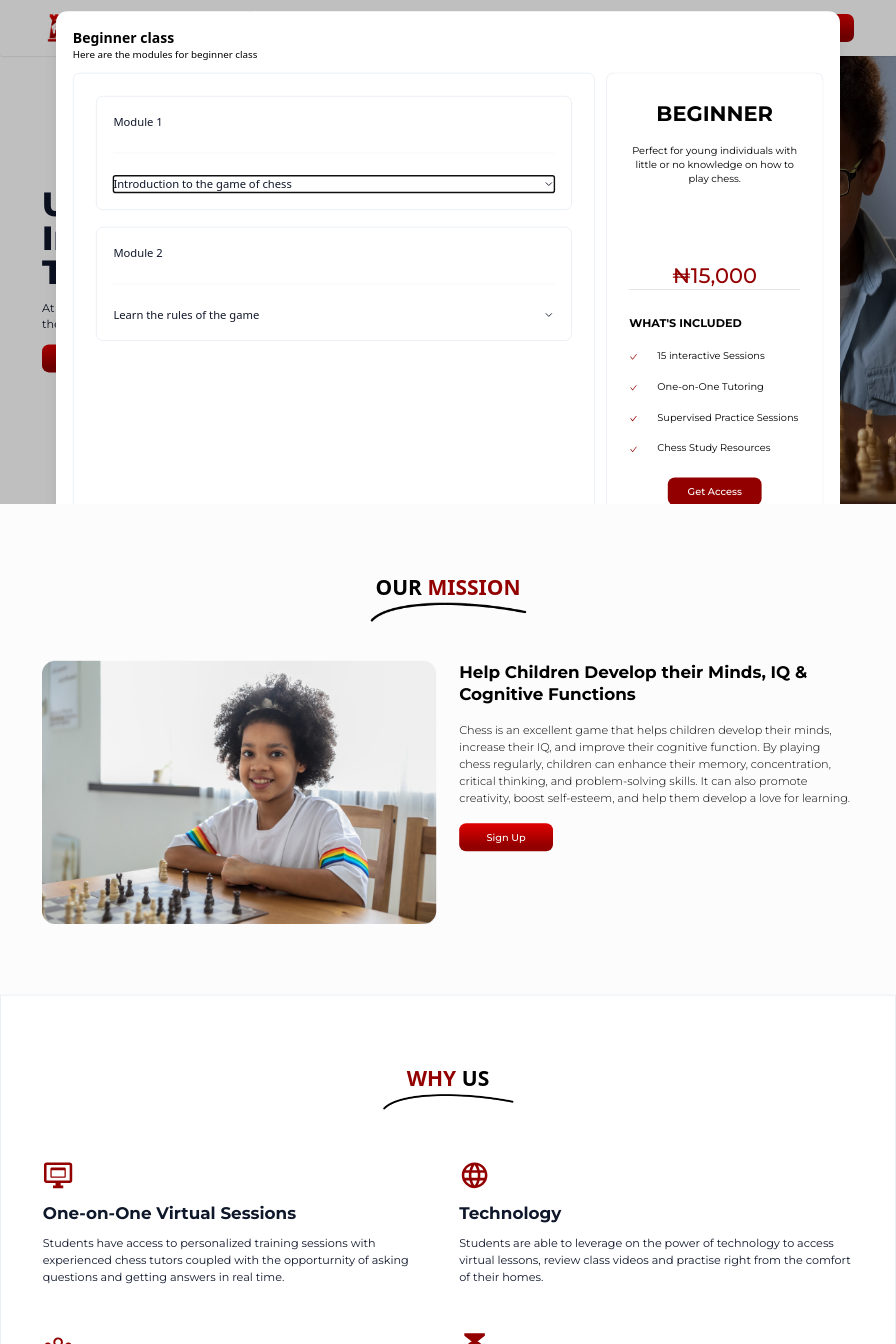
Repository: CelestinaUwajeh/chess-champ-fe
Page: /, after clicking the first element matching `button.w-\[134px\]`
An editor plug-in stored every save of this project. The page is shown before and after the next save, followed by the edit.
The browser window is 1280 px wide. The pictures show the part of the page from y = 0 to 1920 px (the page is 4303 px tall), at 70% of full size.
An inner scrolling area shows only its first screen. The project was rebuilt for these pictures with package versions that can differ from the ones it lists, and the page was loaded fresh each time. The framework's server and built-in components were replaced by stand-ins that run in the browser. Also part of the build but not shown: next.config.js, app/(dashboard)/parent/child/[id]/progress/highlight.tsx, app/(dashboard)/parent/child/[id]/progress/attendance.tsx, components/ui/progress.tsx, app/(dashboard)/parent/child/[id]/progress/percentage.tsx, app/(dashboard)/parent/child/[id]/progress/points.tsx, app/(dashboard)/parent/child/[id]/progress/page.tsx.

Above is the page before, as saved 2023-08-09 22:44:02.

### app/layout.tsx
import "./globals.css";
import "slick-carousel/slick/slick.css";
import "slick-carousel/slick/slick-theme.css";

export const metadata = {
  title: "Chess Champs",
  description: "Learn to play chess",
};

export default function RootLayout({
  children,
}: {
  children: React.ReactNode;
}) {
  return (
    <html lang="en">
      <body>{children}</body>
    </html>
  );
}

### app/(public)/layout.tsx
import Navigator from "./navigator";
import Footer from "./footer";

export const metadata = {
  title: "Chess Champs",
  description: "Learn to play chess",
};

export default function PublicLayout({
  children,
}: {
  children: React.ReactNode;
}) {
  return (
    <main>
      <Navigator />
      {children}
      <Footer />
    </main>
  );
}

### app/(public)/navigator/index.tsx
"use client";

import Image from "next/image";
import Link from "next/link";
import { AiOutlineClose, AiOutlineMenu } from "react-icons/ai";
import { useState } from "react";

import { usePageOnScroll } from "@/hooks/usePageOnScroll";
import logo from "/public/logo.png";
import NavLinks from "./links";
import AppButton from "@/components/button";
import MobileNav from "./mobile-nav";

const Navigator = () => {
  const scrolling = usePageOnScroll();
  const [showMenu, setShowMenu] = useState(false);

  return (
    <nav
      className={`flex justify-between items-center px-3 lg:px-[60px] h-14 rounded bg-white lg:h-20 sticky right-0 left-0 top-0 z-30 ${
        scrolling ? "shadow-lg" : "shadow"
      }`}
    >
      <Link href={"/"}>
        <Image src={logo} alt="AjoCard Logo" className="h-7 w-auto lg:h-auto" />
      </Link>
      <MobileNav showMenu={showMenu} setShowMenu={setShowMenu} />

      <NavLinks />

      <div
        onClick={() => setShowMenu(!showMenu)}
        className="lg:hidden cursor-pointer"
      >
        {!showMenu ? (
          <AiOutlineMenu size="1.5em" />
        ) : (
          <AiOutlineClose size="1.5em" />
        )}
      </div>

      <div className="hidden lg:flex items-center gap-5">
        <Link href={"/signin"} className="text-main no-underline font-medium">
          Login
        </Link>
        <AppButton
          isLink
          to={`/signup`}
          size="medium"
          variant="primary"
          width="w-[97px]"
        >
          Sign Up
        </AppButton>
      </div>
    </nav>
  );
};

export default Navigator;

### app/(public)/footer/index.tsx
"use client";

import React from "react";
import Link from "next/link";

import { navLinks } from "../navigator/links";
import { socials } from "./socials";

const Footer = () => {
  return (
    <footer className=" bg-footerGrey pt-20 pb-9 px-3 lg:px-[60px] font-mont">
      <div className="flex flex-col lg:flex-row lg:items-center justify-between gap-6 lg:gap-0 mb-3">
        <div className="flex-1 grid grid-cols-2 lg:flex items-center gap-6 lg:gap-12">
          {navLinks.map((link) => (
            <Link
              key={link.name}
              href={link.link}
              className="capitalize font-medium hover:text-main transition-all"
            >
              {link.name}
            </Link>
          ))}
        </div>
        <div className="flex items-center gap-12">
          {socials.map((social) => (
            <a key={social.link} href={social.link}>
              {social.icon}
            </a>
          ))}
        </div>
      </div>
      <div className="h-[1px] w-full bg-[#CAC3B3]"></div>
      <div className="flex flex-col 2xl:flex-row mt-20">
        <div className="flex-1 flex justify-center 2xl:justify-start items-center gap-12 text-main">
          <Link href="/terms">Terms of Service</Link>
          <Link href="/terms">Privacy Policy</Link>
        </div>
        <small className="text-sm text-center 2xl:text-start mt-4">
          &copy; {new Date().getFullYear()} Chess Champs. All rights reserved.
        </small>
      </div>
    </footer>
  );
};

export default Footer;

### components/hero/index.tsx
import Image, { StaticImageData } from "next/image";
import AppButton from "../button";

interface PropType {
  data: {
    image: string;
    smImageSrc: StaticImageData;
    header: string;
    description: string;
    link?: {
      href: string;
      text: string;
    };
  };
}

const Hero = ({ data }: PropType) => {
  const {
    image,
    header,
    description,
    smImageSrc,
    link: { href, text } = { href: "", text: "" },
  } = data || {};

  return (
    <section className="">
      <div
        className={`bg-white ${image} hero lg:bg-[length:auto_100%] xl:bg-[length:55%_100%] bg-no-repeat bg-right pt-11 lg:pt-0 lg:h-[calc(100vh-80px)] overflow-hidden`}
      >
        <div className="h-full flex flex-col justify-center lg:max-w-xl xl:max-w-2xl px-3 xl:pr-0 xl:pl-[60px] gap-4 z-20 relative">
          <h1 className="font-mont font-extrabold  text-4xl lg:text-5xl">
            {header}
          </h1>
          <p className="font-mont text-sm lg:text-base">{description}</p>
          {href ? (
            <AppButton
              isLink
              to={href}
              size="medium"
              width="w-[134px]"
              variant="primary"
            >
              {text}
            </AppButton>
          ) : null}
        </div>
      </div>
      <Image
        src={smImageSrc}
        alt="image"
        className=" w-full h-auto lg:hidden"
      />
    </section>
  );
};

export default Hero;

### components/mission-section/index.tsx
import Image, { StaticImageData } from "next/image";
import AppButton from "../button";

interface PropType {
  data: {
    image: StaticImageData;
    header: string;
    text: string[];
    founder?: {
      name: string;
      title: string;
    };
    hasButton?: {
      text: string;
      url: string;
    };
  };
}

const MissionSection = ({
  data: { image, header, text, founder, hasButton },
}: PropType) => {
  return (
    <div className="flex flex-col lg:flex-row gap-8 justify-center">
      <Image src={image} alt="image" className="flex-1" />
      <div className="flex-1">
        <h3 className="font-mont font-semibold text-lg lg:text-2xl mb-6 text-black">
          {header}
        </h3>
        <div className="flex flex-col gap-4 font-mont text-sm lg:text-base">
          {text.map((item, index) => {
            return (
              <p className="font-light text-black" key={index}>
                {item}
              </p>
            );
          })}
        </div>
        <>
          {founder && (
            <p className="mt-6">
              <span className="font-bold font-mont">{founder.name}</span>{" "}
              <span className="font-light">{founder.title}</span>
            </p>
          )}
        </>
        {hasButton && (
          <div className="mt-6">
            <AppButton
              isLink
              size="medium"
              variant="primary"
              width="w-[134px]"
              to={hasButton.url}
            >
              {hasButton.text}
            </AppButton>
          </div>
        )}
      </div>
    </div>
  );
};

export default MissionSection;

### components/page-section_header/index.tsx
import Image, { StaticImageData } from "next/image";
import stroke from "/public/stroke.png";

interface PropType {
  data: {
    leftText: string;
    rightText?: string;
    sideToColor?: "left" | "right";
    strokeWidth?: string;
    extraStyles?: string;
    icon?: StaticImageData;
  };
}

const PageSectionHeader = ({
  data: {
    leftText,
    rightText = "",
    sideToColor = "left",
    strokeWidth = "w-auto",
    extraStyles = "",
    icon,
  },
}: PropType) => {
  return (
    <div
      className={`${extraStyles} flex items-center justify-center flex-col gap-1`}
    >
      <span className="flex items-center text-3xl text-black gap-2 uppercase font-bold">
        {icon ? <Image src={icon} alt={leftText} /> : null}
        <h3 className={`${sideToColor === "left" ? "text-main" : ""}`}>
          {leftText}
        </h3>
        <h3 className={`${sideToColor === "right" ? "text-main" : ""}`}>
          {rightText}
        </h3>
      </span>
      <Image src={stroke} alt="stroke" className={`${strokeWidth}`} />
    </div>
  );
};

export default PageSectionHeader;

### app/(public)/why-it-works.ts
import comp from "/public/comp.svg";
import medal from "/public/medal.svg";
import tech from "/public/tech.svg";
import comm from "/public/comm.svg";
import { ListCarPropType } from "@/components/list-card";

export const whyItWorks: ListCarPropType["data"]["items"] = [
  {
    listType: comp,
    header: "One-on-One Virtual Sessions",
    text: "Students have access to personalized training sessions with experienced chess tutors coupled with the opporturnity of asking questions and getting answers in real time.",
  },
  {
    listType: tech,
    header: "Technology",
    text: "Students are able to leverage on the power of technology to access virtual lessons, review class videos and practise right from the comfort of their homes.",
  },
  {
    listType: comm,
    header: "Community",
    text: "We are building a community where students can interact with one another over agame of chess from the comfort of their homes.",
  },
  {
    listType: medal,
    header: "Tournament",
    text: "Students have the opportunity to showcase their knowledge at the Chess Champs tournament.",
  },
];

### components/testimonial/demo-test.ts
import ngozi from "/public/ngozi.png";
import amaka from "/public/amaka.png";
import { StaticImageData } from "next/image";

export interface TestimonyTypes {
  name: string;
  testimony: string;
  image: StaticImageData;
}

export const testimonies: TestimonyTypes[] = [
  {
    name: "Tobi Oluwaseun",
    testimony:
      "Since i have started my child on chess lessons with Chess Champs, I have noticed a remarkable improvement in my child's level of reasoning. I see the delibrate act of thinking before speaking",
    image: ngozi,
  },
  {
    name: "Thelma Brown",
    testimony:
      "My daughter's level of concentration has greatly improved since enrolling her into the Chess Champs programme",
    image: amaka,
  },
];

### app/(public)/pricing-section.tsx
import PricingCard from "@/components/pricing-card";
import { PricingDto } from "./pricing";

interface PropType {
  data: PricingDto[];
}

const Pricing = ({ data }: PropType) => {
  return (
    <div className="inline-grid grid-cols-3 gap-10 lg:gap-[71px] auto-rows-[1fr]">
      {data.map((pricing) => (
        <div
          className="col-span-3 md:col-span-2 xl:col-span-1"
          key={pricing.name}
        >
          <PricingCard isModal={false} data={pricing} />
        </div>
      ))}
    </div>
  );
};

export default Pricing;

### app/(public)/pricing.ts
export interface PricingDto {
  name: string;
  description: string;
  price: string;
  perks: string[];
  link: string;
}

export const pricing: PricingDto[] = [
  {
    name: "Beginner",
    description:
      "Perfect for young individuals with little or no knowledge on how to play chess.",
    price: "15000",
    perks: [
      "15 interactive Sessions",
      "One-on-One Tutoring",
      "Supervised Practice Sessions",
      "Chess Study Resources",
    ],
    link: "/beginner",
  },
  {
    name: "Intermediate",
    description:
      "Students would be taught key concepts, tactics and forcing moves.",
    price: "25000",
    perks: [
      "20 interactive Sessions",
      "One-on-One Tutoring",
      "Supervised Practice Sessions",
      "Chess Study Resources",
      "Automatic Entry to Annual Tournament",
    ],
    link: "/intermediate",
  },
  {
    name: "Advanced",
    description:
      "Students would be taught how take complete control while playing chess with strategies like key openings, advanced tactics and endgame patterns.",
    price: "30000",
    perks: [
      "20 interactive Sessions",
      "One-on-One Tutoring",
      "Supervised Practice Sessions",
      "Chess Study Resources",
      "Automatic Entry to Annual Tournament",
      "10% discount on purchased chess items",
    ],
    link: "/advanced",
  },
];

### components/testimonial/index.tsx
"use client";

import Slider from "react-slick";
import { useMediaQuery } from "usehooks-ts";

import { TestimonyTypes } from "./demo-test";
import TestimonialCard from "./testimonial-card";

interface PropType {
  data: TestimonyTypes[];
}
const Testimonials = ({ data }: PropType) => {
  const matches = useMediaQuery("(min-width: 768px)");
  const settings = {
    customPaging: function (i: number) {
      return (
        <span>
          <div className="w-5 h-5 bg-lightGrey rounded-full"></div>
        </span>
      );
    },
    dots: true,
    infinite: true,
    speed: 500,
    slidesToShow: matches ? 2 : 1,
    slidesToScroll: 1,
    autoplay: true,
    autoplaySpeed: 2000,
    swipeToSlide: true,
    dotsClass: "slick-dots slick-thumb",
    className: "slick-div",
  };

  return (
    <div className="mt-12 mb-12">
      <Slider {...settings} className="">
        {data.map((testimony) => (
          <TestimonialCard key={testimony.name} data={testimony} />
        ))}
        {data.map((testimony) => (
          <TestimonialCard key={testimony.name} data={testimony} />
        ))}
      </Slider>
    </div>
  );
};

export default Testimonials;

### hooks/usePageOnScroll.ts
import { useScroll, useMotionValueEvent } from "framer-motion";
import { useState } from "react";

export const usePageOnScroll = () => {
  const [onScroll, setOnScroll] = useState(false);

  const { scrollY } = useScroll();

  useMotionValueEvent(scrollY, "change", (latest) => {
    if (onScroll) {
      if (latest > 0) return;
      return setOnScroll(latest > 0);
    }
    setOnScroll(latest > 0);
  });

  return onScroll;
};

### app/(public)/navigator/links.tsx
"use client";

import Link from "next/link";
import { usePathname } from "next/navigation";

export const navLinks = [
  {
    name: "About Us",
    link: "about",
  },
  {
    name: "Services",
    link: "services",
  },
  {
    name: "How it works",
    link: "how-it-works",
  },
  {
    name: "Tutors",
    link: "tutors",
  },
  {
    name: "Call For Sponsors",
    link: "sponsor",
  },
  {
    name: "Chess Items",
    link: "chess-items",
  },
  {
    name: "Contact Us",
    link: "contact-us",
  },
];
const NavLinks = () => {
  const pathname = usePathname();

  return (
    <div className="hidden lg:flex flex-col lg:flex-row items-start lg:items-center justify-center gap-4 lg:gap-8 font-mont">
      {navLinks.map((link) => {
        const isActive = pathname.endsWith(link.link);

        return (
          <Link
            href={link.link}
            key={link.name}
            className={`${
              isActive ? "text-main" : "text-black"
            } no-underline font-medium text-[15px] hover:text-main transition-all`}
          >
            {link.name}
          </Link>
        );
      })}
    </div>
  );
};

export default NavLinks;

### app/(public)/footer/socials.tsx
import { FiFacebook, FiTwitter, FiInstagram } from "react-icons/fi";

export const socials = [
  {
    link: "https://facebook.com",
    icon: <FiFacebook className="text-main w-6 h-auto" />,
  },
  {
    link: "https://instagram.com",
    icon: <FiInstagram className="text-main w-6 h-auto" />,
  },
  {
    link: "https://twitter.com",
    icon: <FiTwitter className="text-main w-6 h-auto" />,
  },
];

### components/testimonial/testimonial-card.tsx
import Image from "next/image";
import { TestimonyTypes } from "./demo-test";
import { Avatar, AvatarFallback } from "@/components/ui/avatar";

interface PropTypes {
  data: TestimonyTypes;
}

const TestimonialCard = ({ data }: PropTypes) => {
  const { image, name, testimony } = data || {};
  return (
    <div className="rounded-[20px] p-7 bg-lightGrey mx-3 min-h-[180px]">
      <span className="flex gap-4 items-center">
        <Avatar>
          <Image src={image} alt={"img"} />
          <AvatarFallback>{`${name[0]}`}</AvatarFallback>
        </Avatar>
        <span className="font-semibold">{name}</span>
      </span>
      <span className="mt-3">{testimony}</span>
    </div>
  );
};

export default TestimonialCard;

### utils/index.ts
import { toast } from "react-toastify";

export const formatCurrency = (
  number: number,
  { noDecimals }: { noDecimals: boolean }
) =>
  new Intl.NumberFormat("en-NG", {
    style: "currency",
    currency: "NGN",
    ...(noDecimals && { maximumFractionDigits: 0 }),
  }).format(number);

export const showToast = ({
  message,
  type,
}: {
  message: string;
  type: "error" | "success" | "warning" | "info" | "default" | "loading";
}) => {
  toast(message, {
    position: "top-right",
    autoClose: 5000,
    hideProgressBar: false,
    closeOnClick: true,
    pauseOnHover: true,
    draggable: true,
    progress: undefined,
    theme: "colored",
    type: type !== "loading" ? type : "default",
  });
};

### components/pricing-card/modal-content.tsx
import Module from "@/app/(dashboard)/parent/child/[id]/progress/module";
import { modules } from "@/app/(dashboard)/parent/child/[id]/progress/page";
import { PricingDto } from "@/app/(public)/pricing";
import PricingCard from ".";

interface PropType {
  data: PricingDto;
}

const ModalContent = ({ data }: PropType) => {
  return (
    <div className="w-full">
      <p className="text-xl text-black font-semibold">Beginner class</p>
      <p className="text-sm text-black mb-4">
        Here are the modules for beginner class
      </p>
      <div className="flex gap-4">
        <div className="flex-1 p-8 border rounded-[10px]">
          <Module modules={modules} isModal />
        </div>
        <div className="w-[310px] border rounded-[10px]">
          <PricingCard isModal data={data} />
        </div>
      </div>
    </div>
  );
};

export default ModalContent;

### components/dialogue/index.tsx
import { Dialog, Transition } from "@headlessui/react";
import { Fragment, useState } from "react";

interface IPropType {
  open: boolean;
  setOpen: (value: boolean) => void;
  children: React.ReactNode;
  displayCloseIcon?: boolean;
  isOverlayActive?: boolean;
}

export default function Dialogue({
  open,
  setOpen,
  children,
  displayCloseIcon,
  isOverlayActive,
}: IPropType) {
  return (
    <Transition appear show={open} as={Fragment}>
      <Dialog as="div" className="relative z-50" onClose={setOpen}>
        <Transition.Child
          as={Fragment}
          enter="ease-out duration-300"
          enterFrom="opacity-0"
          enterTo="opacity-100"
          leave="ease-in duration-200"
          leaveFrom="opacity-100"
          leaveTo="opacity-0"
        >
          <div className="fixed inset-0 bg-black bg-opacity-25" />
        </Transition.Child>
        <div className="fixed inset-0 overflow-y-auto">
          <div className="flex min-h-full items-center justify-center p-4 text-center">
            <Transition.Child
              as={Fragment}
              enter="ease-out duration-300"
              enterFrom="opacity-0 scale-95"
              enterTo="opacity-100 scale-100"
              leave="ease-in duration-200"
              leaveFrom="opacity-100 scale-100"
              leaveTo="opacity-0 scale-95"
            >
              <Dialog.Panel className="min-w-[1120px] max-w-md transform overflow-hidden rounded-2xl bg-white p-6 text-left align-middle shadow-xl transition-all">
                {children}
              </Dialog.Panel>
            </Transition.Child>
          </div>
        </div>
      </Dialog>
    </Transition>
  );
}

### components/ui/avatar.tsx
"use client";

import * as React from "react";
import * as AvatarPrimitive from "@radix-ui/react-avatar";

import { cn } from "@/lib/utils";

const Avatar = React.forwardRef<
  React.ElementRef<typeof AvatarPrimitive.Root>,
  React.ComponentPropsWithoutRef<typeof AvatarPrimitive.Root>
>(({ className, ...props }, ref) => (
  <AvatarPrimitive.Root
    ref={ref}
    className={cn(
      "relative flex h-10 w-10 shrink-0 overflow-hidden rounded-full",
      className
    )}
    {...props}
  />
));
Avatar.displayName = AvatarPrimitive.Root.displayName;

const AvatarImage = React.forwardRef<
  React.ElementRef<typeof AvatarPrimitive.Image>,
  React.ComponentPropsWithoutRef<typeof AvatarPrimitive.Image>
>(({ className, ...props }, ref) => (
  <AvatarPrimitive.Image
    ref={ref}
    className={cn("aspect-square h-full w-full", className)}
    {...props}
  />
));
AvatarImage.displayName = AvatarPrimitive.Image.displayName;

const AvatarFallback = React.forwardRef<
  React.ElementRef<typeof AvatarPrimitive.Fallback>,
  React.ComponentPropsWithoutRef<typeof AvatarPrimitive.Fallback>
>(({ className, ...props }, ref) => (
  <AvatarPrimitive.Fallback
    ref={ref}
    className={cn(
      "flex h-full w-full items-center justify-center rounded-full bg-muted",
      className
    )}
    {...props}
  />
));
AvatarFallback.displayName = AvatarPrimitive.Fallback.displayName;

export { Avatar, AvatarImage, AvatarFallback };

Loaded but not shown: lib/utils.ts (common file); tailwind.config.js (96 lines, source omitted); app/(public)/page.tsx (102 lines, source omitted); components/button/index.tsx (132 lines, source omitted); components/pricing-card/index.tsx (90 lines, source omitted); app/globals.css (120 lines, source omitted); app/(dashboard)/parent/child/[id]/progress/module.tsx (67 lines, source omitted); components/ui/accordion.tsx (56 lines, source omitted); app/(public)/navigator/mobile-nav.tsx (68 lines, source omitted); components/list-card/index.tsx (67 lines, source omitted)

After the next save:
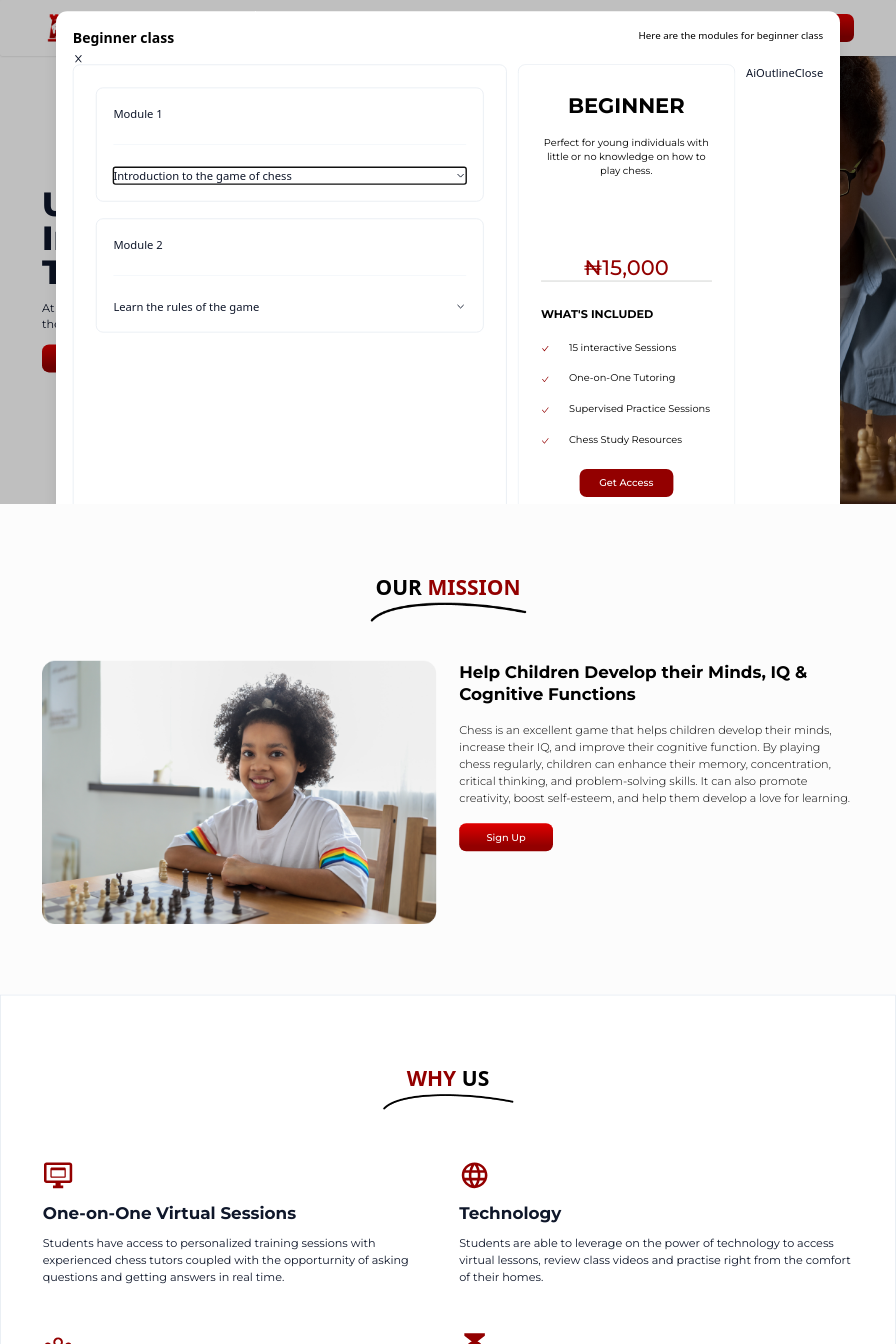
Saved 3 min 25 s later.
--- a/components/pricing-card/modal-content.tsx
+++ b/components/pricing-card/modal-content.tsx
@@ -1,3 +1,5 @@
+import { AiOutlineClose } from "react-icons/ai";
+
 import Module from "@/app/(dashboard)/parent/child/[id]/progress/module";
 import { modules } from "@/app/(dashboard)/parent/child/[id]/progress/page";
 import { PricingDto } from "@/app/(public)/pricing";
@@ -10,10 +12,16 @@ interface PropType {
 const ModalContent = ({ data }: PropType) => {
   return (
     <div className="w-full">
-      <p className="text-xl text-black font-semibold">Beginner class</p>
-      <p className="text-sm text-black mb-4">
-        Here are the modules for beginner class
-      </p>
+      <div>
+        <div className="flex justify-between items-start">
+          <p className="text-xl text-black font-semibold">Beginner class</p>
+          <p className="text-sm text-black mb-4">
+            Here are the modules for beginner class
+          </p>
+        </div>
+        <AiOutlineClose />
+      </div>
+
       <div className="flex gap-4">
         <div className="flex-1 p-8 border rounded-[10px]">
           <Module modules={modules} isModal />
@@ -21,6 +29,7 @@ const ModalContent = ({ data }: PropType) => {
         <div className="w-[310px] border rounded-[10px]">
           <PricingCard isModal data={data} />
         </div>
+        AiOutlineClose
       </div>
     </div>
   );
